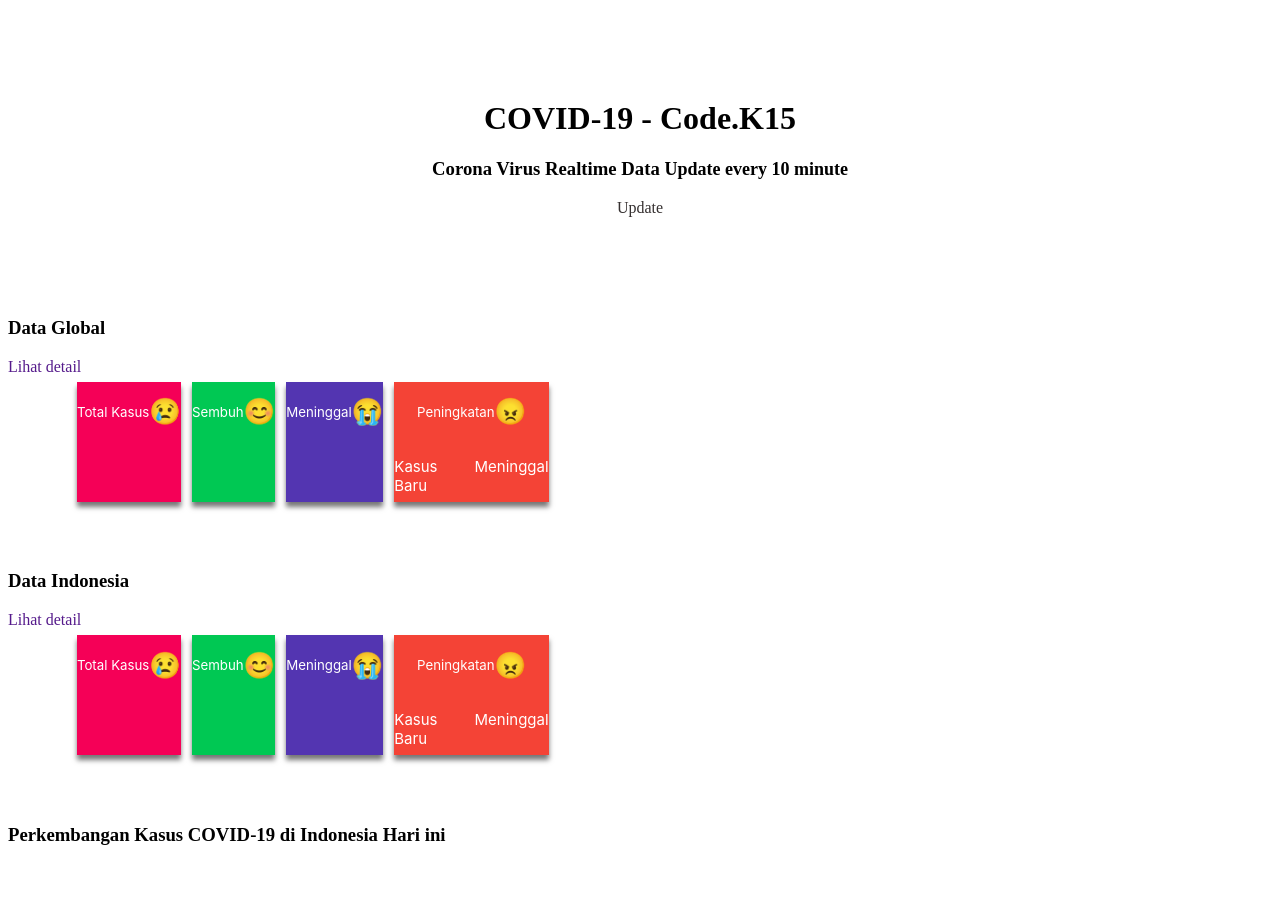
Repository: fathur15/covid19-monitoring
Page: http://localhost/covid19/apps/views/data/main/dashboard.php
The author's editor kept a copy of each file at every save. The page is drawn from the files as they stood at one save, then again after the next save.
The browser window is 1280 px wide. The pictures show the whole page.
The page is run by PHP 8.4 with error messages shown; the project is at /var/www/html/.

Above is the page before, as saved 2020-04-14 13:36:05.

After the next save:
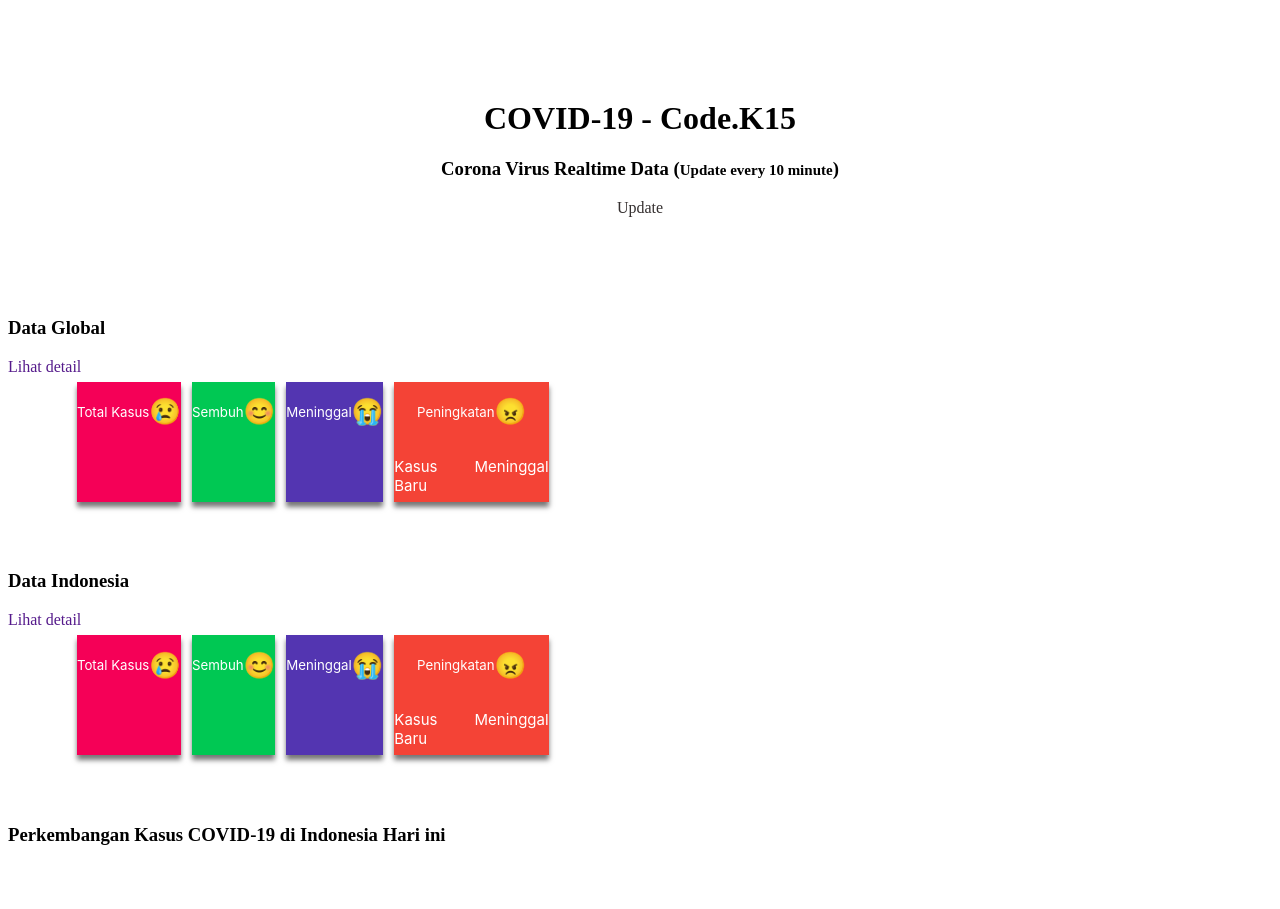
Saved 22 s later.
--- a/apps/views/data/main/dashboard.php
+++ b/apps/views/data/main/dashboard.php
@@ -34,7 +34,7 @@
 <div class="content">
     <div class="heading" style="margin: 100px 30%; text-align: center">
         <h1>COVID-19 - Code.K15</h1>
-        <h3>Corona Virus Realtime Data <small style="font-size: 18px">Update every 10 minute</small></h3>
+        <h3>Corona Virus Realtime Data (<small style="font-size: 15px">Update every 10 minute</small>)</h3>
         <p id="date-update" style="color: #353030;">Update</p>
     </div>
     <div class="main">
